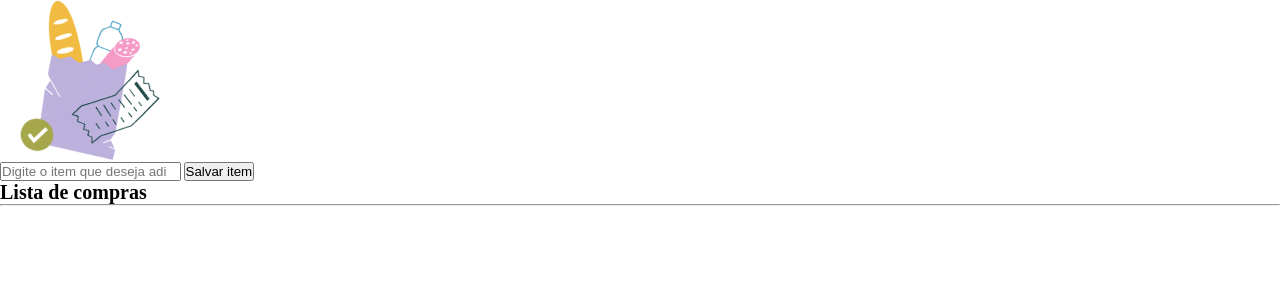
Repository: joaoPraiaJunior/compras_js
Page: index.html
The author's editor kept a copy of each file at every save. The page is drawn from the files as they stood at one save, then again after the next save.
The browser window is 1280 px wide. The pictures show the whole page.
Some web fonts or font styles are not loaded; a fallback is used.

Above is the page before, as saved 2024-08-22 16:02:24.

### index.html
<!DOCTYPE html>
<html lang="pt-BR" dir="ltr">

<head>
    <meta charset="UTF-8">
    <meta name="viewport" content="width=device-width, initial-scale=1.0">
    <meta name="description" content="Lista de compras">
    <title>Lista de Compras</title>
    <link rel="preconnect" href="https://fonts.googleapis.com">
    <link rel="preconnect" href="https://fonts.gstatic.com" crossorigin>
    <link href="https://fonts.googleapis.com/css2?family=Krona+One&family=Montserrat&family=Numans&display=swap" rel="stylesheet">
    <link rel="stylesheet" href="./css/styles.css" />
</head>

<body>
    <header>
        <img src="./img/bag.png" alt="sacola de compras">
    </header>
    <main>
        <form>
            <input type="search" name="busca" placeholder="Digite o item que deseja adicionar">
            <button>Salvar item</button>
        </form>
        <h1>Lista de compras</h1>
        <hr>
    </main>
</body>

</html>

### css/styles.css
* {
    box-sizing: border-box;
    margin: 0;
    padding: 0;
}

html {
    font-size: 62.5%;
}

:root {
    --cor-primaria: #F55B64;
    --cor-secundaria: #C2373F;
    --neutro: #F9F9F9;
    --preto: #131730;
    --fonte-titulo: "Krona One", sans-serif;
    --fonte-texto: 'Numans', sans-serif;
    --degrade-azul: linear-gradient(180deg, #000000 0%, #26327F 100%);
}

After the next save:
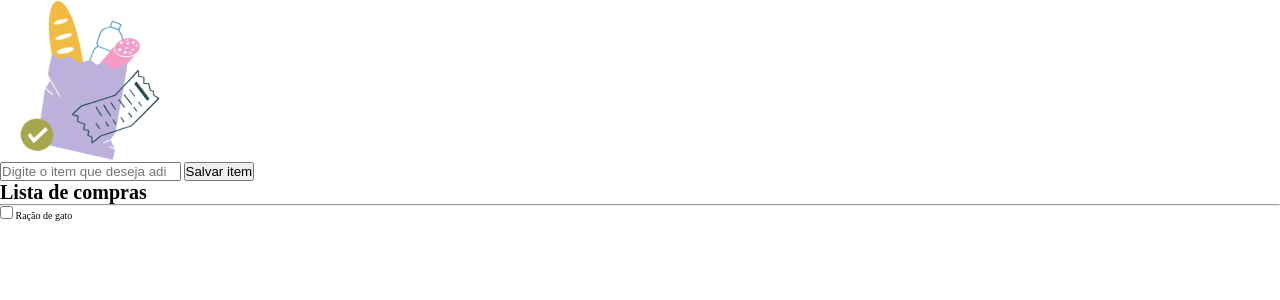
Saved 2 min 18 s later.
--- a/index.html
+++ b/index.html
@@ -23,6 +23,15 @@
         </form>
         <h1>Lista de compras</h1>
         <hr>
+
+        <ul>
+            <li>
+                <div>
+                    <input type="checkbox" name="produto" id="racao_de_gado">
+                    <label for="racao_de_gato">Ração de gato</label>
+                </div>
+            </li>
+        </ul>
     </main>
 </body>
 
